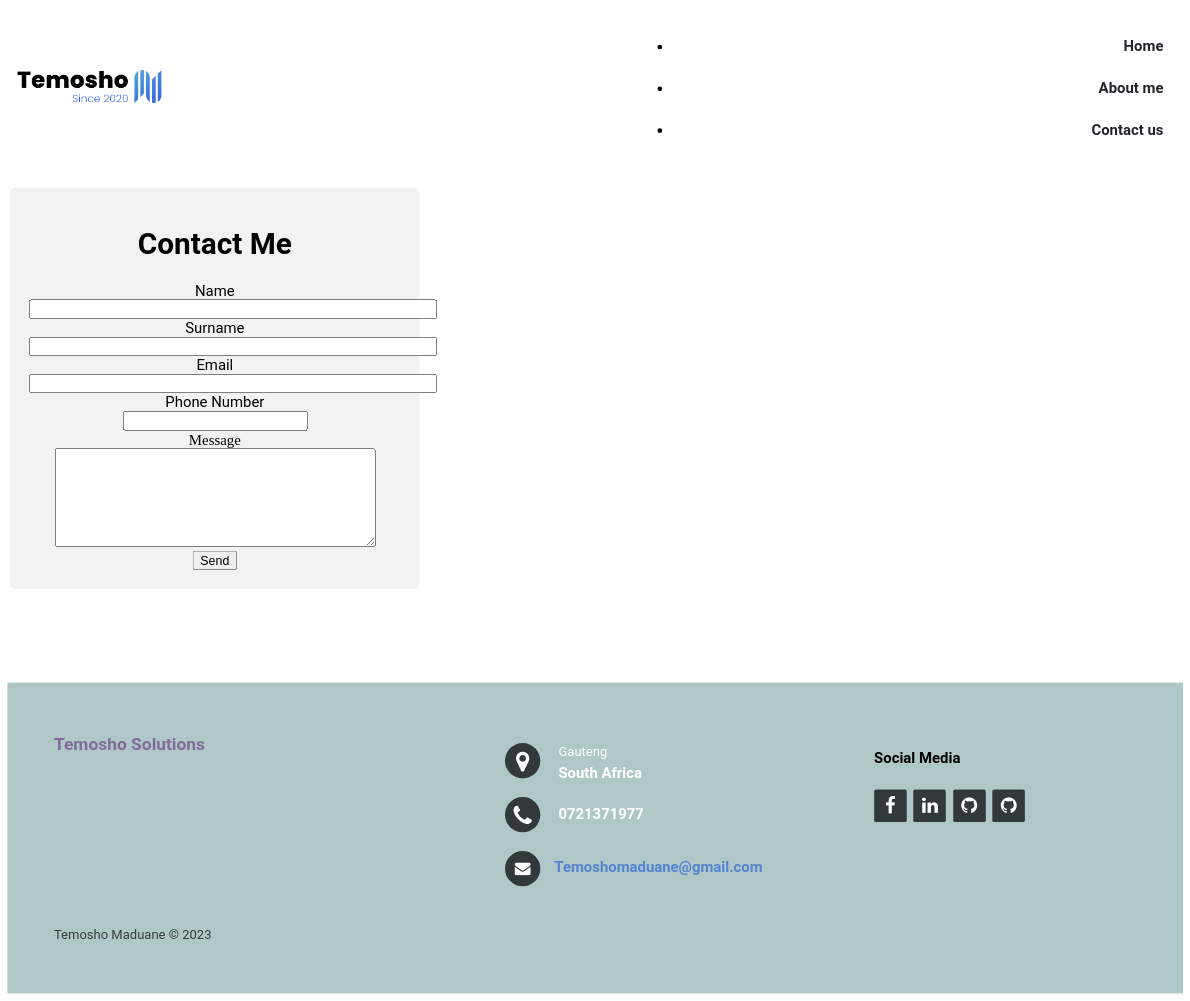
Repository: TemoshoS/T-Shaku
Page: contact.html
These files come from the project's save history. The page is drawn as it stood at one moment and after a run of saves; the edit follows.
The browser window is 1280 px wide. The pictures show the whole page, at 93% of full size.
Pictures or frames that could not be fetched are drawn as grey boxes. Some web libraries are served in a nearby version.

Above is the page before, as saved 2023-09-28 14:40:43.
Console error: TypeError: Cannot set properties of null (setting 'innerHTML')

### contact.html
<!DOCTYPE html>
<html>

    <title>
        Contact details
    </title>
    <link rel="stylesheet" href="http://maxcdn.bootstrapcdn.com/font-awesome/4.2.0/css/font-awesome.min.css">
    <link href="http://fonts.googleapis.com/css?family=Cookie" rel="stylesheet" type="text/css">
	  <link rel="stylesheet" href="./css/style.css">


<body>
<!--Navigation bar-->
<header>
  <div>
    <table style="width: 100%;">
      <tr>
        <td>
          <a href="index.html">
            <img src="./images/logo.png" style="height: 50px;" alt="No logo" />
          </a>
        </td>
        <td align="right">
          <nav>
            <!-- Mobile Menu Icon -->
            <div class="menu-icon" onclick="toggleMenu()">
              <div class="bar"></div>
              <div class="bar"></div>
              <div class="bar"></div>
            </div>
            <!-- Navigation Links (Initially Hidden) -->
            <ul class="nav-links">
              <li><a href="index.html" class="nav-link"><b>Home</b></a></li>
              <li><a href="about.html" class="nav-link"><b>About me</b></a></li>
              <li><a href="contact.html" class="nav-link"><b>Contact us</b></a></li>
            </ul>
          </nav>
        </td>
      </tr>
    </table>
  </div>
</header>






    <main style="text-align:center;">



<br>
 <!--Contact details-->
 <table>
  <tr>
    <td>
 <div class="contactform">
<h1 >Contact Me</h1>
<form
  action="https://formspree.io/f/xqknqbyv"
  method="POST"

>

<label >Name</label></br>
    <input type="text" name="text" size="50" required="true" ></br>

<label >Surname</label></br>
    <input type="text" name="text" size="50" required="true" ></br>

<label >Email</label></br>
    <input type="email" name="email" size="50" required="true" ></br>

<label >Phone Number</label></br>
    <input type="number" name="number"  required="true"></br>

  <label ></label>Message</br>
    <textarea name="message" size="50" required style="width: 339px;height: 100px;"></textarea></br>


  <button type="submit">Send</button>
</form>
</div>

</td>
</tr>
</table>

</br>


    </main>

    <footer class="footer-distributed">
      <div class="footer-left">

          <h3><span>Temosho Solutions</span></h3>
          <p class="footer-links">
            <iframe src="https://www.google.com/maps/embed?pb=!1m18!1m12!1m3!1d57373.12731923028!2d28.183328280934226!3d-26.00669819115315!2m3!1f0!2f0!3f0!3m2!1i1024!2i768!4f13.1!3m3!1m2!1s0x1e956bed9ab01b69%3A0xc853e498933bab2e!2sTembisa%2C%201632!5e0!3m2!1sen!2sza!4v1676883111483!5m2!1sen!2sza"  width="300" height="150" style="border:0;" allowfullscreen="" loping="lazy"></iframe>


          </p>


          <p class="footer-portfolio-name">Temosho Maduane &copy; 2023</p>
      </div>

      <div class="footer-center">

          <div>
              <i class="fa fa-map-marker"></i>
              <p><span>Gauteng</span>South Africa</p>
          </div>
          <div>
              <i class="fa fa-phone"></i>
              <p>0721371977</p>
          </p>

          </div>
          <div>

              <p><a href="temoshomaduane@gmail.com"><i class="fa fa-envelope"></i>Temoshomaduane@gmail.com</a>
              </p>
          </div>
      </div>

      <div class="footer-right">
              <p >
                  Social Media
              </p>

              <div class="footer-icons">
                  <a href="https://m.facebook.com/temosho.shaku"><i class="fa fa-facebook"></i></a>
                  <a href="https://www.linkedin.com/mwlite/in/temosho-shaku-a2598917b"><i class="fa fa-linkedin"></i></a>
                  <a href="https://github.com/TemoshoS"><i class="fa fa-github"></i></a>
                  <a href="https://api.whatsapp.com/send?phone=27 721371977"><i class="fa fa-github"></i></a>

              </div>

      </div>
  </footer>
  <script src="./javascript/contact.js"></script>

</body>
</html>

### css/style.css
/*Navigation bar*/
.nav-link {
	text-decoration: none;
	display: inline-block;
	padding: 13px 13px;
	color: #212529;
	margin-right: 5px;
  }

  .nav-link:hover {
	text-decoration:none;
	border-bottom: 2px solid #84e7ee;
  }


@import url("https://fonts.googleapis.com/css2?family=Roboto:wght@100&display=swap");
h1,
h2,
h3,
h4,
h5,
h6,
p,
a,
label,
address,
input {
	font-family: "Roboto", sans-serif;
}

/* CSS for Mobile Menu Icon */
.menu-icon {
    display: none; /* Initially hidden */
    cursor: pointer;
}

.menu-icon .bar {
    width: 25px;
    height: 3px;
    background-color: #212529;
    margin: 4px 0;
}

/*button*/

.buttonmore {
	padding: 0.6em 2em;
	border: none;
	outline: none;
	color: rgb(255, 255, 255);
	cursor: pointer;
	position: relative;
	z-index: 0;
	border-radius: 10px;
	user-select: none;
	-webkit-user-select: none;
	touch-action: manipulation;
  }

  .buttonmore:before {
	content: "";
	background: linear-gradient(
	  45deg,
	  #ff0000,
	  #ff7300,
	  #fffb00,
	  #48ff00,
	  #00ffd5,
	  #002bff,
	  #7a00ff,
	  #ff00c8,
	  #ff0000
	);
	position: absolute;
	top: -2px;
	left: -2px;
	background-size: 400%;
	z-index: -1;
	filter: blur(5px);
	-webkit-filter: blur(5px);
	width: calc(100% + 4px);
	height: calc(100% + 4px);
	animation: glowing-button-85 20s linear infinite;
	transition: opacity 0.3s ease-in-out;
	border-radius: 10px;
  }

  @keyframes glowing-button-85 {
	0% {
	  background-position: 0 0;
	}
	50% {
	  background-position: 400% 0;
	}
	100% {
	  background-position: 0 0;
	}
  }

  .buttonmore:after {
	z-index: -1;
	content: "";
	position: absolute;
	width: 100%;
	height: 100%;
	background: #b0c7c7;
	left: 0;
	top: 0;
	border-radius: 10px;
  }
/*Contact form*/
.contactform {


	border-radius: 5px;
	background-color: #f2f2f2;
	padding: 20px;
	width: 400px;
	margin-left: auto;
	margin-right: auto;

}



.footer-distributed{
	background-color: #b0c7c7;
	box-shadow: 0 1px 1px 0 rgba(5, 110, 52, 0.12);
	box-sizing: border-box;
	width: 100%;
	text-align: left;
	font: bold 16px sans-serif;

	padding: 55px 50px;
	margin-top: 80px;
}

.footer-distributed .footer-left,
.footer-distributed .footer-center,
.footer-distributed .footer-right{
	display: inline-block;
	vertical-align: top;
}

.footer-distributed .footer-left{
	width: 40%;
}

.footer-distributed h3{
	color:  #ffffff;

	margin: 0;
}

.footer-distributed h3 span{
	color:  #826c9b;
}


.footer-distributed .footer-links{
	color:  #ffffff;
	margin: 20px 0 12px;
	padding: 0;
}

.footer-distributed .footer-links a{
	display:inline-block;
	line-height: 1.8;
	text-decoration: none;
	color:  inherit;
}

.footer-distributed .footer-portfolio-name{
	color:  #373d3d;
	font-size: 14px;
	font-weight: normal;
	margin: 0;
}


.footer-distributed .footer-center{
	width: 35%;
}

.footer-distributed .footer-center i{
	background-color:  #33383b;
	color: #ffffff;
	font-size: 25px;
	width: 38px;
	height: 38px;
	border-radius: 50%;
	text-align: center;
	line-height: 42px;
	margin: 10px 15px;
	vertical-align: middle;
}

.footer-distributed .footer-center i.fa-envelope{
	font-size: 17px;
	line-height: 38px;
}

.footer-distributed .footer-center p{
	display: inline-block;
	color: #ffffff;
	vertical-align: middle;
	margin:0;
}

.footer-distributed .footer-center p span{
	display:block;
	font-weight: normal;
	font-size:14px;
	line-height:2;
}

.footer-distributed .footer-center p a{
	color:  #5383d3;
	text-decoration: none;;
}

.footer-distributed .footer-right{
	width: 20%;
}

.footer-distributed .footer-portfolio-about{
	line-height: 20px;
	color:  #92999f;
	font-size: 13px;
	font-weight: normal;
	margin: 0;
}

.footer-distributed .footer-portfolio-about span{
	display: block;
	color:  #ffffff;
	font-size: 14px;
	font-weight: bold;
	margin-bottom: 20px;
}

.footer-distributed .footer-icons{
	margin-top: 25px;
}

.footer-distributed .footer-icons a{
	display: inline-block;
	width: 35px;
	height: 35px;
	cursor: pointer;
	background-color:  #33383b;
	border-radius: 2px;

	font-size: 20px;
	color: #ffffff;
	text-align: center;
	line-height: 35px;

	margin-right: 3px;
	margin-bottom: 5px;
}


@media (max-width: 880px) {

	.menu-icon {
        display: block; /* Display the icon for smaller screens */
    }

    .nav-links {
        display: none; /* Hide the navigation links for smaller screens */
    }

    /* Add additional styles for the navigation links when hidden */
    .nav-link {
        display: block;
        text-align: center;
        margin: 5px 0;
        padding: 10px;
    }

	.footer-distributed{
		font: bold 14px sans-serif;

	}

	.footer-distributed .footer-left,
	.footer-distributed .footer-center,
	.footer-distributed .footer-right{
		display: block;
		width: 100%;
		margin-bottom: 40px;
		text-align: center;
	}

	.footer-distributed .footer-center i{
		margin-left: 0;
	}


}

### javascript/contact.js
document.getElementById("hAdress").innerHTML = "Address";
document.getElementById("address").innerHTML = "<b>1321 winnie mandela zone 5 Tembisa </br> Ekurhuleni Gauteng 1632</b>";


document.getElementById("contactus").innerHTML = "Contact us";
document.getElementById("name").innerHTML = "Name *";
document.getElementById("surname").innerHTML = "Surname *";
document.getElementById("email").innerHTML = "Email *";
document.getElementById("phonenumber").innerHTML = "Phone Number *";
document.getElementById("message").innerHTML = "Your message *";


function toggleMenu() {
    var navLinks = document.querySelector('.nav-links');
    navLinks.style.display = navLinks.style.display === 'block' ? 'none' : 'block';
}

After the next 3 saves:
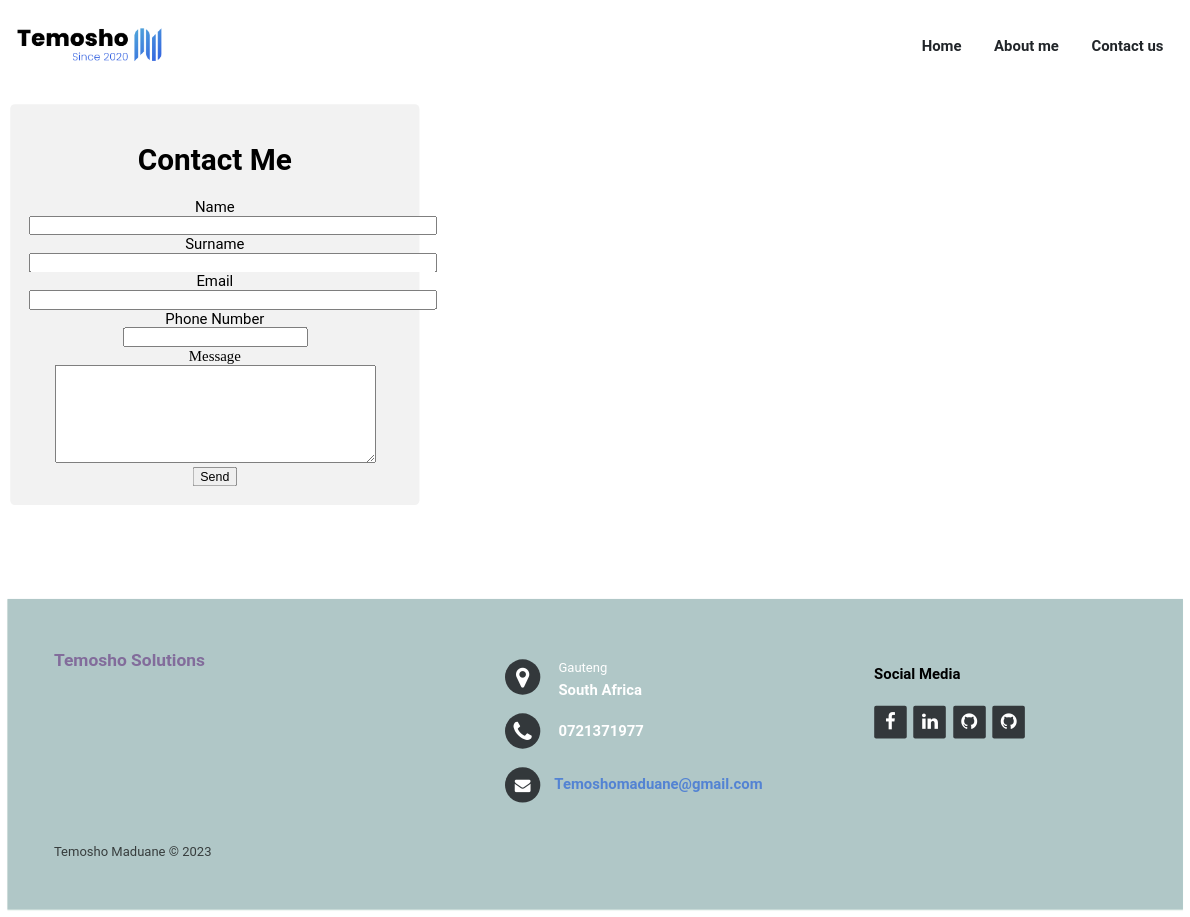
The 3 saves are shown as one change because they came seconds apart.
The last was saved 15 s later.
--- a/contact.html
+++ b/contact.html
@@ -30,9 +30,9 @@
             </div>
             <!-- Navigation Links (Initially Hidden) -->
             <ul class="nav-links">
-              <li><a href="index.html" class="nav-link"><b>Home</b></a></li>
-              <li><a href="about.html" class="nav-link"><b>About me</b></a></li>
-              <li><a href="contact.html" class="nav-link"><b>Contact us</b></a></li>
+              <a href="index.html" class="nav-link"><b>Home</b></a></li>
+              <a href="about.html" class="nav-link"><b>About me</b></a></li>
+              <a href="contact.html" class="nav-link"><b>Contact us</b></a></li>
             </ul>
           </nav>
         </td>
